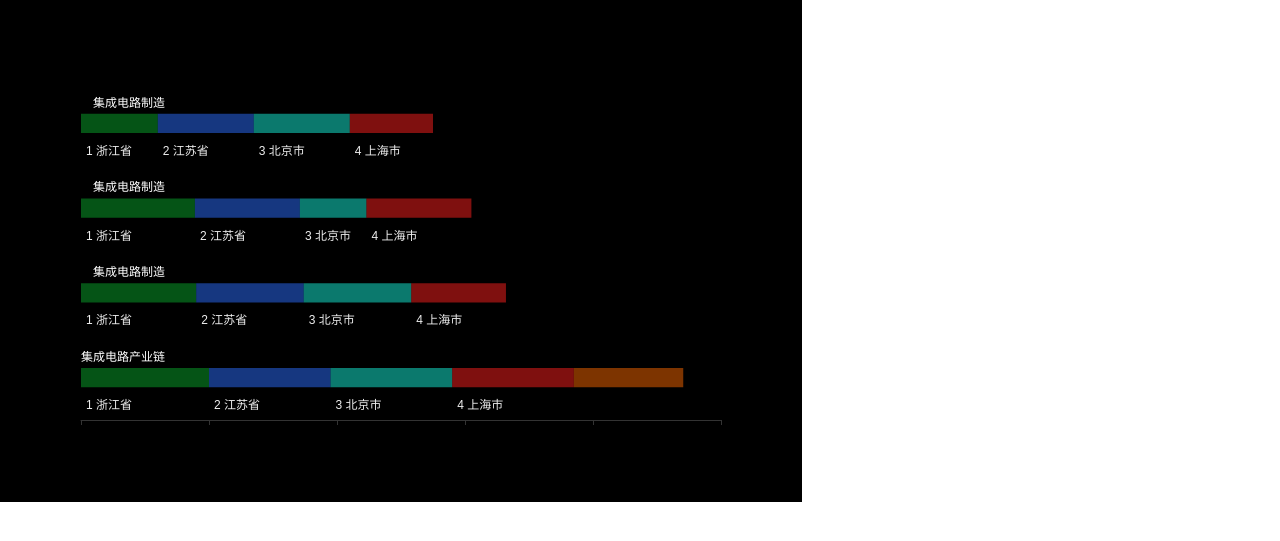
Repository: 572031690/echartproj
Page: /#/test
An editor plug-in stored every save of this project. The page is shown before and after the next save, followed by the edit.
The browser window is 1280 px wide. The pictures show the whole page.
The project was rebuilt for these pictures with package versions that can differ from the ones it lists, and the page was loaded fresh each time. Also part of the build but not shown: vue.config.js, src/components/Seller.vue, src/views/SellerPage.vue, src/utils/theme_utils.js, src/components/Trend.vue, src/views/TrendPage.vue, src/utils/map_utils.js, src/components/Map.vue and 9 more.

Above is the page before, as saved 2021-08-03 11:50:04.

### public/index.html
<!DOCTYPE html>
<html lang="en">
  <head>
    <meta charset="utf-8">
    <meta http-equiv="X-UA-Compatible" content="IE=edge">
    <meta name="viewport" content="width=device-width,initial-scale=1.0">
    <link rel="icon" href="<%= BASE_URL %>favicon.ico">
    <title><%= htmlWebpackPlugin.options.title %></title>
  </head>
  <body>
    <noscript>
      <strong>We're sorry but <%= htmlWebpackPlugin.options.title %> doesn't work properly without JavaScript enabled. Please enable it to continue.</strong>
    </noscript>
    <div id="app"></div>
    <!-- built files will be auto injected -->
    <!-- 一旦通过script标签引入的echarts.js的文件之后呢, window.echarts -->
    <script src="static/lib/echarts.min.js"></script>
    <!-- 引入主题的js文件 -->
    <script src="static/theme/chalk.js"></script>
    <script src="static/theme/vintage.js"></script>
  </body>
</html>

### src/main.js
import Vue from 'vue'
import App from './App.vue'
import router from './router'
import store from './store'
// 引入字体的文件
import './assets/font/iconfont.css'
// 引入全局的样式文件
import './assets/css/global.less'
import axios from 'axios'
import SocketService from './utils/socket_service'

// 调用socket **********
// import SocketService from '@/utils/socket_service'
// 对服务端进行webSocket连接 *********
// SocketService.Instance.connect()
// Vue.prototype.$socket = SocketService.Instance

// 请求基准路径的配置
axios.defaults.baseURL = 'http://127.0.0.1:8888/api/'
// 将axios挂载到Vue的原型对象上
// 在别的组件中 this.$http
Vue.prototype.$http = axios

// 将全局的echarts对象挂载到Vue的原型对象上
// 别的组件中 this.$echarts
Vue.prototype.$echarts = window.echarts

Vue.config.productionTip = false

new Vue({
  router,
  store,
  render: h => h(App)
}).$mount('#app')

### src/App.vue
<template>
  <div id="app">
    <!-- 路由占位符 -->
    <router-view></router-view>
  </div>
</template>

<style lang="less">

</style>

### src/router/index.js
import Vue from 'vue'
import VueRouter from 'vue-router'
import SellerPage from '@/views/SellerPage'
import TrendPage from '@/views/TrendPage'
import MapPage from '@/views/MapPage'
import RankPage from '@/views/RankPage'
import HotPage from '@/views/HotPage'
import StockPage from '@/views/StockPage'
import Test from '../components/Test.vue'
import ScreenPage from '@/views/ScreenPage'

Vue.use(VueRouter)

const routes = [
  {
    path: '/',
    redirect: '/screen'
  },
  {
    path: '/screen',
    component: ScreenPage
  },
  {
    path: '/sellerpage',
    component: SellerPage
  },
  {
    path: '/trendpage',
    component: TrendPage
  },
  {
    path: '/mappage',
    component: MapPage
  },
  {
    path: '/rankpage',
    component: RankPage
  },
  {
    path: '/hotpage',
    component: HotPage
  },
  {
    path: '/stockpage',
    component: StockPage
  },
  {
    path: '/test',
    component: Test
  }

]

const router = new VueRouter({
  routes
})

export default router

### src/store/index.js
import Vue from 'vue'
import Vuex from 'vuex'

Vue.use(Vuex)

export default new Vuex.Store({
  state: {
    theme: 'chalk'
  },
  mutations: {
    changeTheme (state) {
      if(state.theme === 'chalk'){
        state.theme = 'vintage'
      }else{
        state.theme = 'chalk'
      }
    }
  },
  actions: {
  },
  modules: {
  }
})

### src/assets/css/global.less
html, body, #app {
  width: 100%;
  height: 100%;
  padding: 0;
  margin: 0;
  overflow: hidden;
}

.com-page {
  width: 100%;
  height: 100%;
  overflow: hidden;
}

.com-container {
  width: 100%;
  height: 100%;
  overflow: hidden;
  position: relative;
}

.com-chart {
  width: 100%;
  height: 100%;
  overflow: hidden;
}

canvas {
  border-radius: 20px;
}

/*无法选中图片文字方法*/
span,div,img{
  user-select:none;
}

### src/utils/socket_service.js
export default class SocketService {
    // 单例的设计模式
    //如果别人通过get Instance 来的到我的实例对象 那我只会给他返回同一个实例对象
    static instance = null
    static get Instance() {
        if (!this.instance) {
            this.instance = new SocketService()
        }
        return this.instance
    }

    //和服务端连接的socket对象
    ws = null
    //存储回调函数
    callBackMapping = {}
    //定义连接服务器的方法
    connect() {
        //连接服务器
        if (!window.WebSocket) {
            return console.log('你的浏览器不支持WebSocket');
        }
        this.ws = new WebSocket('ws://localhost:9998')

        //连接服务端成功
        this.ws.onopen = () => {
            console.log('连接服务端成功');
        }
        //连接服务端失败
        this.ws.onclose = () => {
            console.log('连接服务端失败');
        }
        //得到服务端发送过来的数据
        this.ws.onmessage = msg => {
            console.log('从服务端获取数据');
            //得到的数据在msg的data里面
            // console.log(msg.data);
            const recvData = JSON.parse(msg.data)
            const socketType = recvData.socketType
            //判断回调函数是否存在
            if(this.callBackMapping[socketType]){
                const action = recvData.action
                if(action === 'getData') {
                    const realData = JSON.parse(recvData.data)
                    this.callBackMapping[socketType]
                }else if( action === 'fullScreen') {

                }else if(action === 'themeChange') {

                }
            }
        }
    }
    //回调函数的注册
    registerCallBack(socketType, callBack) {
        this.callBackMapping[socketType] = callBack
    }
    //取消某一个回调函数
    unRegisterCallBack(socketType) {
        this.callBackMapping[socketType] = null
    }

}

### src/components/Test.vue
<template>
  <div class="line-chart" ref="mybar">
    123
  </div>
</template>

<script>
export default {
  mounted() {
    this.getData()
    this.initChart()
  },
  data() {
    return {
      chartInstance: null,
      seriesData: [100, 120, 140, 90, 90, 80],
      barChart: {
        xAxisData: ['类别1', '类别2', '类别3', '类别4'],
        dataList: []
      },

      chartData1: [
        { rank: 1, name: '浙江省', value: 100 },
        { rank: 1, name: '江苏省', value: 90 },
        { rank: 1, name: '北京市', value: 89 },
        { rank: 1, name: '上海市', value: 60 }
      ],
      chartData2: [
        { rank: 2, name: '浙江省', value: 95 },
        { rank: 2, name: '江苏省', value: 84 },
        { rank: 2, name: '北京市', value: 82 },
        { rank: 2, name: '上海市', value: 75 }

      ],
      chartData3: [
        { rank: 3, name: '浙江省', value: 95 },
        { rank: 3, name: '江苏省', value: 84 },
        { rank: 3, name: '北京市', value: 52 },
        { rank: 3, name: '上海市', value: 75 }

      ],
      chartData4: [
        { rank: 4, name: '浙江省', value: 95 },
        { rank: 4, name: '江苏省', value: 74 },
        { rank: 4, name: '北京市', value: 82 },
        { rank: 4, name: '上海市', value: 65 }

      ],
      chartData5: [
        { rank: 5, name: '浙江省', value: 85.5 },
        { rank: 5, name: '江苏省', value: 44 },
        { rank: 5, name: '北京市', value: 72 },
        { rank: 5, name: '上海市', value: 75 }

      ],
      yAxisData: ['集成电路产业链', '集成电路制造', '集成电路制造', '集成电路制造']
    }
  },
  methods: {
    initChart() {
      const colorArr1 = [
        'rgba(11, 168, 44, 0.5)',
        'rgba(44, 110, 255, 0.5)',
        'rgba(22, 242, 217, 0.5)',
        'rgba(254, 33, 30, 0.5)',
        'rgba(250, 105, 0, 0.5)'
      ]
      const ChartsData = [
        {
          name: '第一列',
          data: this.chartData1
        },
        {
          name: '第一列',
          data: this.chartData2
        },
        {
          name: '第一列',
          data: this.chartData3
        },
        {
          name: '第一列',
          data: this.chartData4
        },
        {
          name: '第一列',
          data: this.chartData5
        }
      ]
      var serises = ChartsData.map((item, index) => {
        if (item.data[index]) { console.log(item.data[index]) }
        return {
          name: '浙江省',
          stack: '类1',
          barWidth: '23%', // 宽度
          itemStyle: {
            color: arg => {
              return colorArr1[arg.componentIndex]
            }
          },
          data: [item.data[0].value, item.data[1].value, item.data[2].value, item.data[3].value],
          type: 'bar',
          label: {
            show: true,
            position: [5, 32],
            textStyle: {
              color: '#eee',
              fontSize: 12
            },
            formatter: arg => {
              return arg.seriesIndex + 1 + ' ' + item.data[index].name
            }
          }
        }
      })
      // console.log(serises)
      const chartInstance = this.$echarts.init(this.$refs.mybar)
      const option = {
        tooltip: {
          formatter: arg => {
            console.log(arg, '1111111111')
            return arg.value
          }
        },
        grid: [
          {
            top: 80,
            bottom: 81
          }
        ],
        xAxis: [
          {
            type: 'value',
            // gridIndex: 0,
            axisLabel: {
              // 刻度标签文字
              show: false
            },
            splitLine: {
              show: false
              // x轴横线

            },
            axisLine: {
              // 设置轴线
              show: true
            },
            axisTick: {
              show: true // 是否显示坐标轴刻度。
            }
          }
        ],
        yAxis: [
          {
            type: 'category',
            data: this.yAxisData,
            // gridIndex: 0, // x 轴所在的 grid 的索引，默认位于第一个 grid。
            axisLabel: {
              color: '#fff', // 刻度标签文字的颜色
              padding: [0, 0, 40, 0]
            },
            offset: -92,
            axisLine: {
              onZero: false,
              // 设置轴线
              show: false
            },
            axisTick: {
              show: false // 是否显示坐标轴刻度。
            }
          }
        ],
        series: serises
        // series: [
        //   {
        //     name: '111',
        //     rank: 1,
        //     stack: '类1',
        //     barWidth: '30%', // 宽度
        //     itemStyle: {
        //       color: '#3366cc'
        //     },
        //     data: [50, 25, 68, 45],
        //     type: 'bar',
        //     label: {
        //       show: true,
        //       position: [5, 24],
        //       textStyle: {
        //         color: '#eee',
        //         fontSize: 12
        //       },
        //       formatter: arg => {
        //         console.log(arg)
        //         return this.seriesData[arg.dataIndex]
        //       }
        //     }
        //   }
        //   {
        //     label: {
        //       show: true,
        //       position: [5, 24],
        //       textStyle: {
        //         color: '#eee',
        //         fontSize: 12
        //       },
        //       formatter: arg => {
        //         console.log(arg)
        //         return this.seriesData[arg.dataIndex]
        //       }
        //     },
        //     stack: '类1',
        //     xAxisIndex: 0,
        //     barWidth: '30%', // 宽度
        //     itemStyle: {
        //       color: '#33ccff'
        //     },
        //     data: [51, 78, 65, 42],
        //     type: 'bar'
        //   }
        // ]
      }
      chartInstance.setOption(option)
    },
    getData() {
      let sum = 0
      this.seriesData.forEach(item => (sum += item))
      const aver = sum / this.seriesData.length
      // console.log(aver)
      this.barChart.dataList[0] = this.seriesData.map(item => {
        if (item > aver) return item - aver
        else return 0
      })
      this.barChart.dataList[1] = this.seriesData.map(item => {
        if (item > aver) return aver
        else return item
      })
      // console.log(this.barChart.dataList)
    }
  }
}
</script>

<style>
.line-chart {
  width: 800px;
  height: 500px;
  border: 1px solid black;
  background: #000;
}
</style>

Loaded but not shown: src/assets/font/iconfont.css (common file); public/static/lib/echarts.min.js (library); public/static/theme/chalk.js (521 lines, source omitted); public/static/theme/vintage.js (521 lines, source omitted)

After the next save:
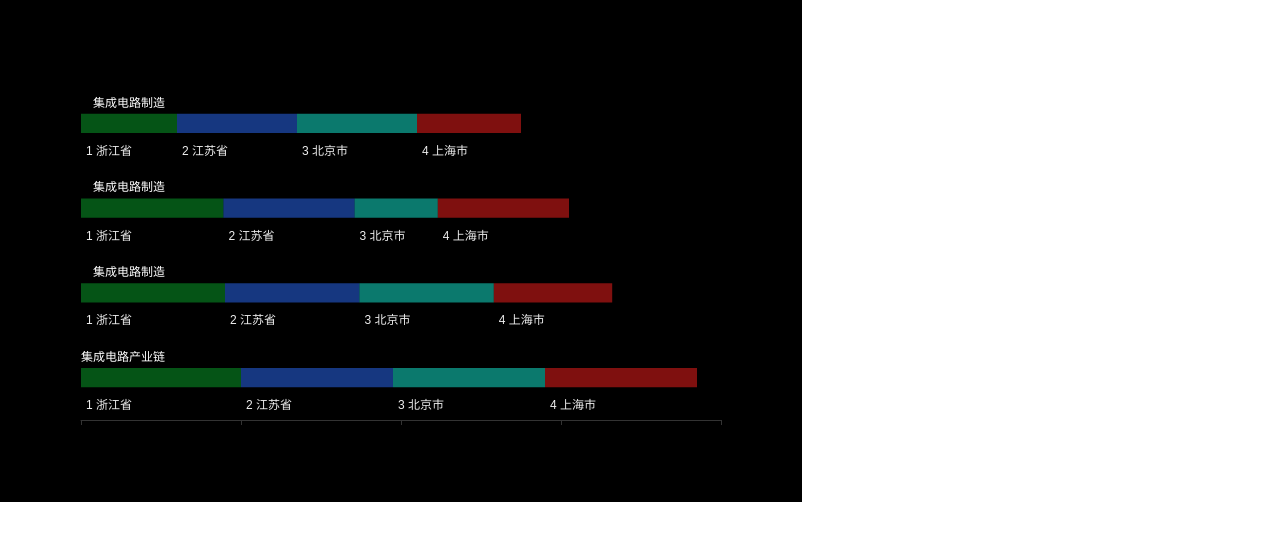
Saved 23 s later.
--- a/src/components/Test.vue
+++ b/src/components/Test.vue
@@ -88,27 +88,29 @@ export default {
         }
       ]
       var serises = ChartsData.map((item, index) => {
-        if (item.data[index]) { console.log(item.data[index]) }
-        return {
-          name: '浙江省',
-          stack: '类1',
-          barWidth: '23%', // 宽度
-          itemStyle: {
-            color: arg => {
-              return colorArr1[arg.componentIndex]
-            }
-          },
-          data: [item.data[0].value, item.data[1].value, item.data[2].value, item.data[3].value],
-          type: 'bar',
-          label: {
-            show: true,
-            position: [5, 32],
-            textStyle: {
-              color: '#eee',
-              fontSize: 12
-            },
-            formatter: arg => {
-              return arg.seriesIndex + 1 + ' ' + item.data[index].name
+        if (item.data[index]) {
+          console.log(item.data[index])
+          return {
+            name: '浙江省',
+            stack: '类1',
+            barWidth: '23%', // 宽度
+            itemStyle: {
+              color: arg => {
+                return colorArr1[arg.componentIndex]
+              }
+            },
+            data: [item.data[0].value, item.data[1].value, item.data[2].value, item.data[3].value],
+            type: 'bar',
+            label: {
+              show: true,
+              position: [5, 32],
+              textStyle: {
+                color: '#eee',
+                fontSize: 12
+              },
+              formatter: arg => {
+                return arg.seriesIndex + 1 + ' ' + item.data[index].name
+              }
             }
           }
         }
